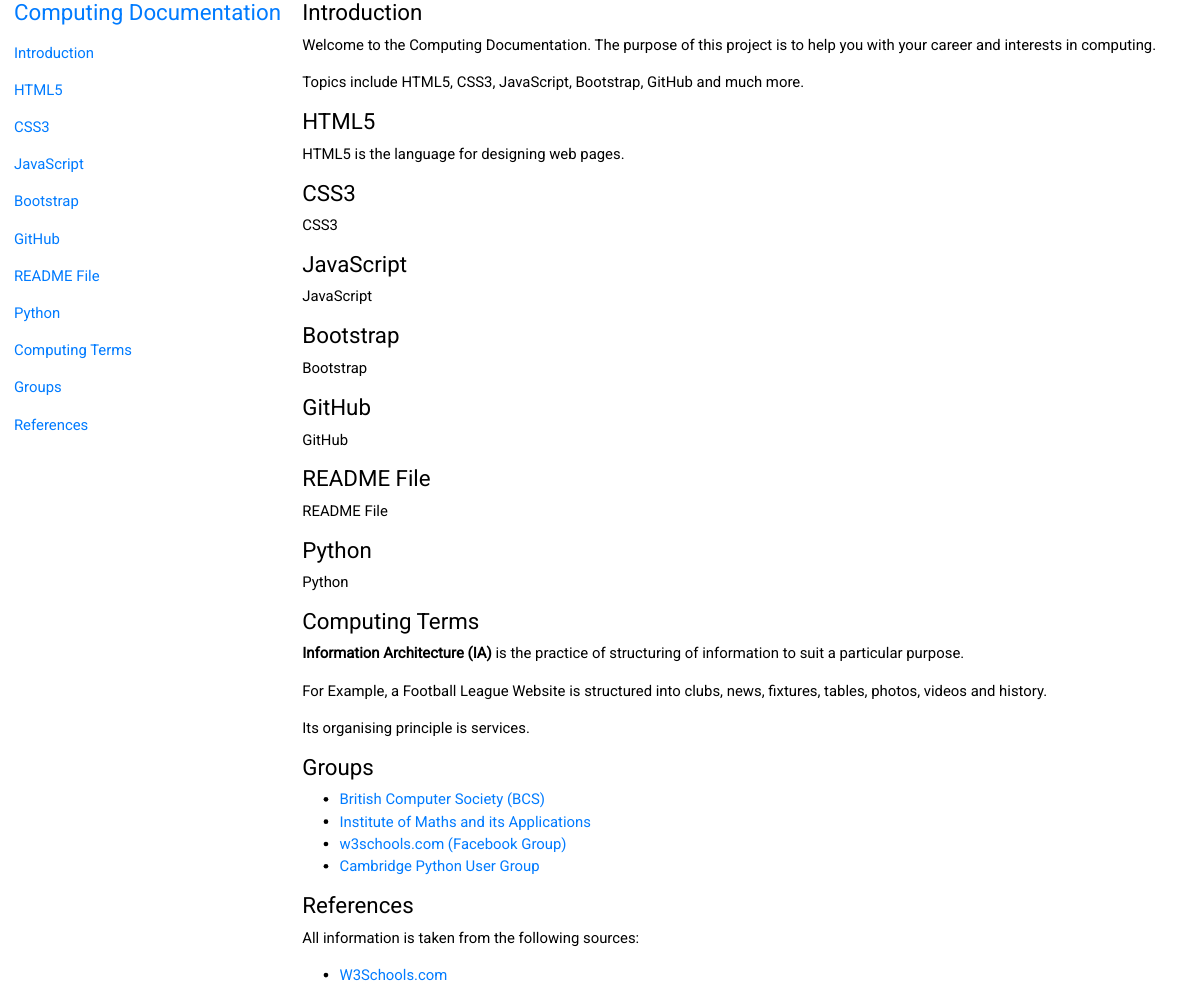
Repository: derektypist/technical-documentation-page
Page: index.html
The author's editor kept a record of every edit. The page is drawn from the files as they stood at one moment, then again after the next edit.
The browser window is 1280 px wide. The pictures show the whole page, at 93% of full size.

Above is the page before.

### index.html
<!DOCTYPE html>
<html lang="en">

<head>
  <meta charset="UTF-8">
  <meta name="viewport" content="width=device-width, initial-scale=1.0">
  <meta http-equiv="X-UA-Compatible" content="ie=edge">
  <title>Technical Documentation Page</title>
  <!-- Load Style Sheets -->
  <link rel="stylesheet" href="https://maxcdn.bootstrapcdn.com/bootstrap/4.4.1/css/bootstrap.min.css" integrity="sha384-Vkoo8x4CGsO3+Hhxv8T/Q5PaXtkKtu6ug5TOeNV6gBiFeWPGFN9MuhOf23Q9Ifjh" crossorigin="anonymous">
  <link href="https://fonts.googleapis.com/css?family=Roboto|Roboto+Mono&display=swap" rel="stylesheet">
  <style>
    /* Navigation */

    #navbar {
      font-family: "Roboto", Arial, Verdana, sans-serif;
      margin-left: 15px;
      width: 25vmax;
      position: fixed;
    }

    /* Main Content */

    #main-doc {
      font-family: "Roboto", Arial, Verdana, sans-serif;
      padding-left: 325px;
    }

    /* Main Section */

    .main-section {
      color: black;
    }
  </style>
</head>

<body>
  <!-- Set Up Navigation -->
  <nav class="navbar-nav" id="navbar">
    <header>
      <h4><a href="index.html" title="Return to Home Page">Computing Documentation</a></h4>
    </header>


    <!-- Set Up List Items Vertically -->
    <ul class="navbar-nav">
      <li class="nav-item">
        <a class="nav-link" href="#Introduction">Introduction</a>
      </li>
      <li class="nav-item">
        <a class="nav-link" href="#HTML5">HTML5</a>
      </li>
      <li class="nav-item">
        <a class="nav-link" href="#CSS3">CSS3</a>
      </li>
      <li class="nav-item">
        <a class="nav-link" href="#JavaScript">JavaScript</a>
      </li>
      <li class="nav-item">
        <a class="nav-link" href="#Bootstrap">Bootstrap</a>
      </li>
      <li class="nav-item">
        <a class="nav-link" href="#GitHub">GitHub</a>
      </li>
      <li class="nav-item">
        <a class="nav-link" href="#README_File">README File</a>
      </li>
      <li class="nav-item">
        <a class="nav-link" href="#Python">Python</a>
      </li>
      <li>
        <a class="nav-link" href="#Computing_Terms">Computing Terms</a>
      </li>
      <li>
        <a class="nav-link" href="#Groups">Groups</a>
      </li>
      <li>
        <a class="nav-link" href="#References">References</a>
      </li>
  </nav>

  <!-- Set Up Main Content -->
  <main id="main-doc">

    <!-- Provide Section for Introduction -->
    <section class="main-section" id="Introduction">
      <header>
        <h4>Introduction</h4>
      </header>
      <article>
        <p>Welcome to the Computing Documentation. The purpose of this project is to help you with your career and interests in computing.</p>
        <p>Topics include HTML5, CSS3, JavaScript, Bootstrap, GitHub and much more.</p>
      </article>
    </section>

    <!-- Provide Section for HTML5 -->
    <section class="main-section" id="HTML5">
      <header>
        <h4>HTML5</h4>
      </header>
      <article>
        <p>HTML5 is the language for designing web pages.</p>
      </article>
    </section>

    <!-- Provide Section for CSS3 -->
    <section class="main-section" id="CSS3">
      <header>
        <h4>CSS3</h4>
      </header>
      <article>
        <p>CSS3</p>
      </article>
    </section>

    <!-- Provide Section for JavaScript -->
    <section class="main-section" id="JavaScript">
      <header>
        <h4>JavaScript</h4>
      </header>
      <article>
        <p>JavaScript</p>
      </article>
    </section>

    <!-- Provide Section for Bootstrap -->
    <section class="main-section" id="Bootstrap">
      <header>
        <h4>Bootstrap</h4>
      </header>
      <article>
        <p>Bootstrap</p>
      </article>
    </section>


    <!-- Provide Section for GitHub -->
    <section class="main-section" id="GitHub">
      <header>
        <h4>GitHub</h4>
      </header>
      <article>
        <p>GitHub</p>
      </article>
    </section>

    <!-- Provide Section for README File -->
    <section class="main-section" id="README_File">
      <header>
        <h4>README File</h4>
      </header>
      <article>
        <p>README File</p>
      </article>
    </section>

    <!-- Provide Section for Python -->
    <section class="main-section" id="Python">
      <header>
        <h4>Python</h4>
      </header>
      <article>
        <p>Python</p>
      </article>
    </section>

    <!-- Provide Section for Computing Terms -->
    <section class="main-section" id="Computing_Terms">
      <header>
        <h4>Computing Terms</h4>
      </header>
      <article>
        <p><b>Information Architecture (IA)</b> is the practice of structuring of information to suit a particular purpose.</p>
        <p>For Example, a Football League Website is structured into clubs, news, fixtures, tables, photos, videos and history.</p>
        <p>Its organising principle is services.</p>
      </article>
    </section>

    <!-- Provide Section for Groups -->
    <section class="main-section" id="Groups">
      <header>
        <h4>Groups</h4>
      </header>
      <article>
        <ul>
          <li><a href="https://www.bcs.org" target="_blank" title="British Computer Society">British Computer Society (BCS)</a></li>
          <li><a href="https://www.ima.org.uk" target="_blank" title="Institute of Maths and its Applications">Institute of Maths and its Applications</a></li>
          <li><a href="https://www.facebook.com/groups/w3schoolscom" target="_blank" title="w3schools.com Facebook Group">w3schools.com (Facebook Group)</a></li>
          <li><a href="https://www.meetup.com/CamPUG" target="_blank" title="Cambridge Python User Group">Cambridge Python User Group</a></li>
        </ul>
      </article>
    </section>
    <!-- Provide Section for References -->
    <section class="main-section" id="References">
      <header>
        <h4>References</h4>
      </header>
      <article>
        <p>All information is taken from the following sources:</p>
        <ul>
          <li><a href="https://www.w3schools.com" target="_blank" title="W3Schools.com">W3Schools.com</a></li>
        </ul>
      </article>
    </section>
  </main>
</body>

</html>

After the next edit:
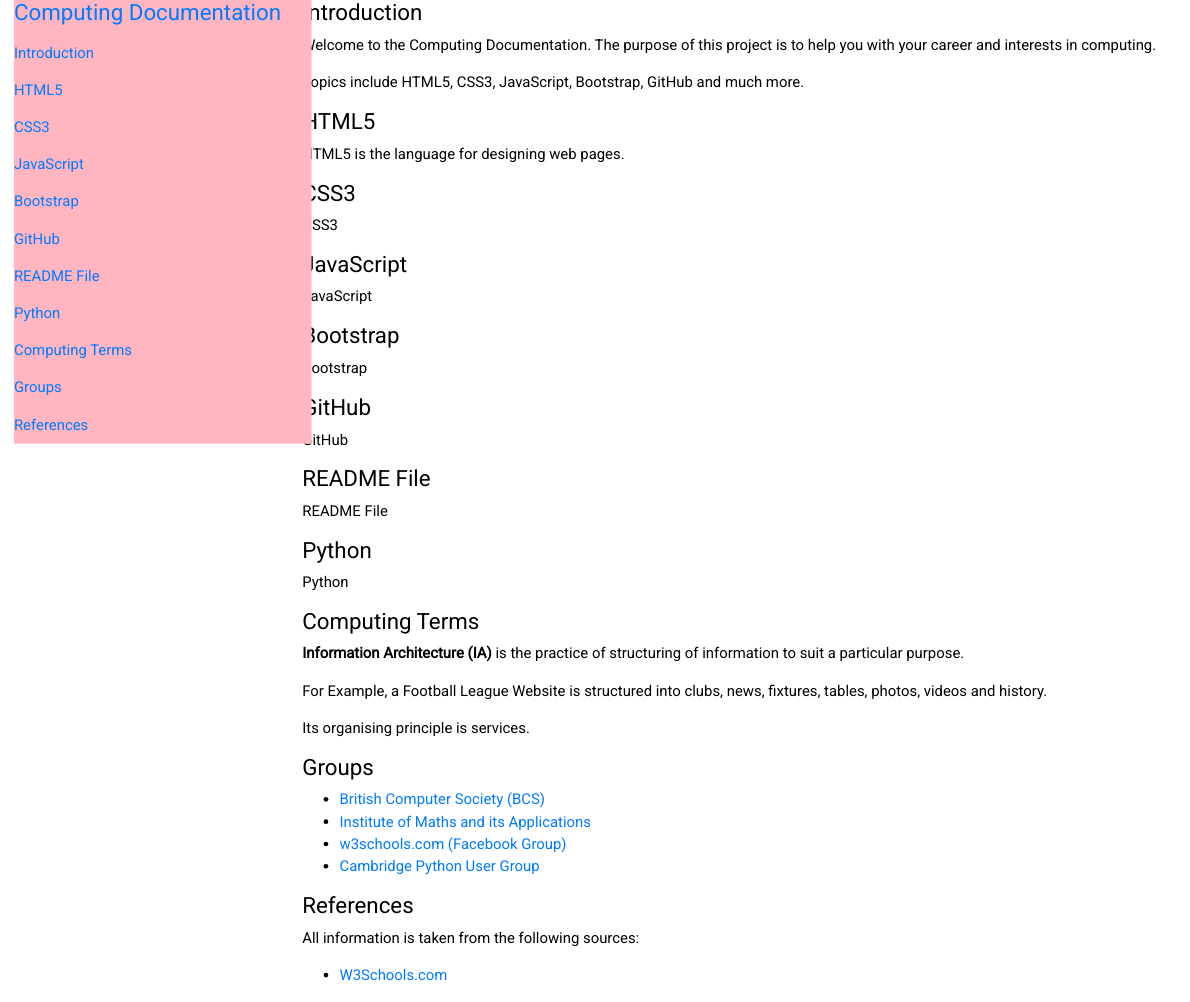
The edit:
--- a/index.html
+++ b/index.html
@@ -16,6 +16,7 @@
       font-family: "Roboto", Arial, Verdana, sans-serif;
       margin-left: 15px;
       width: 25vmax;
+      background-color: lightpink;
       position: fixed;
     }
 

After the edit that followed:
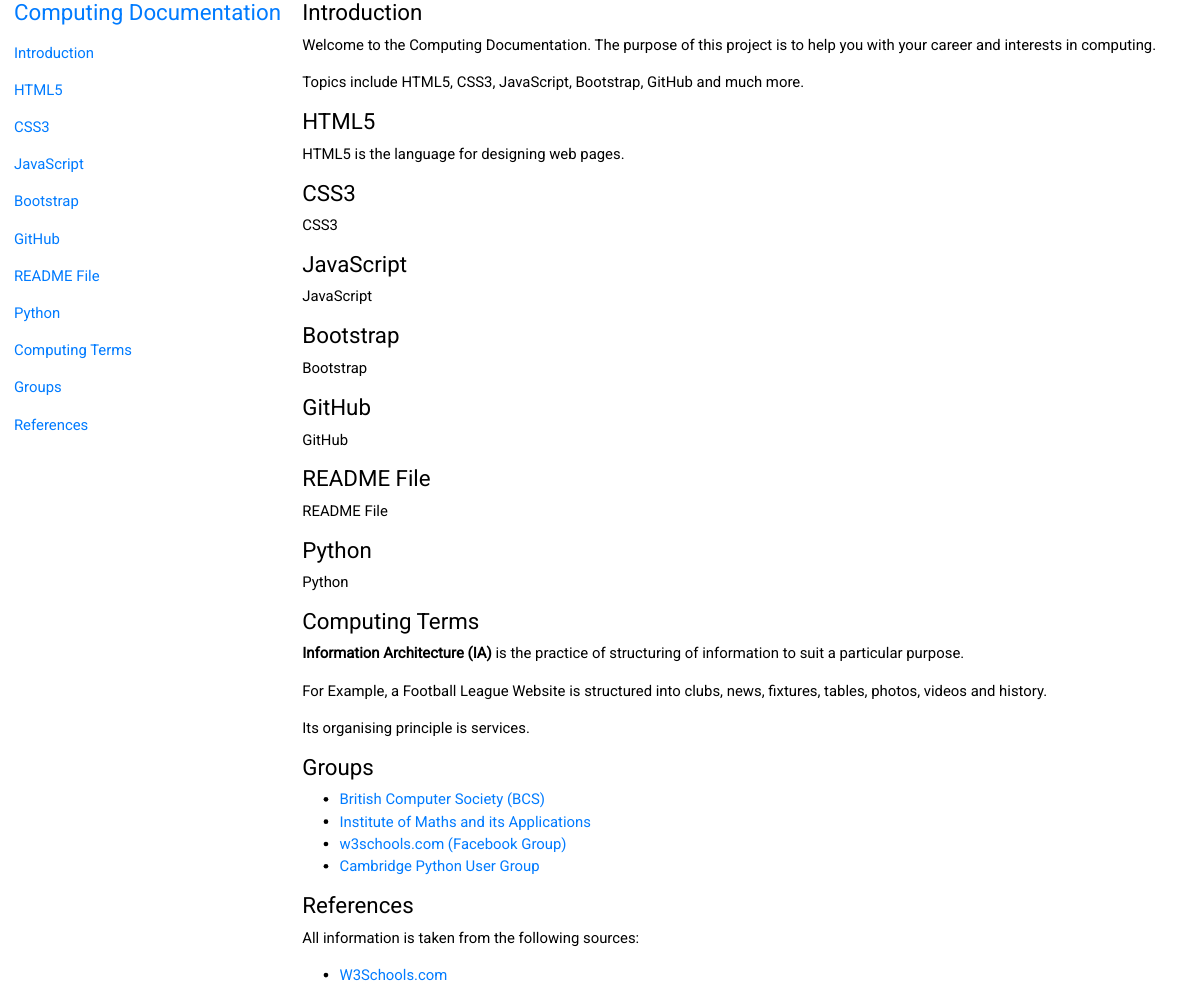
The edit:
--- a/index.html
+++ b/index.html
@@ -16,7 +16,6 @@
       font-family: "Roboto", Arial, Verdana, sans-serif;
       margin-left: 15px;
       width: 25vmax;
-      background-color: lightpink;
       position: fixed;
     }
 
